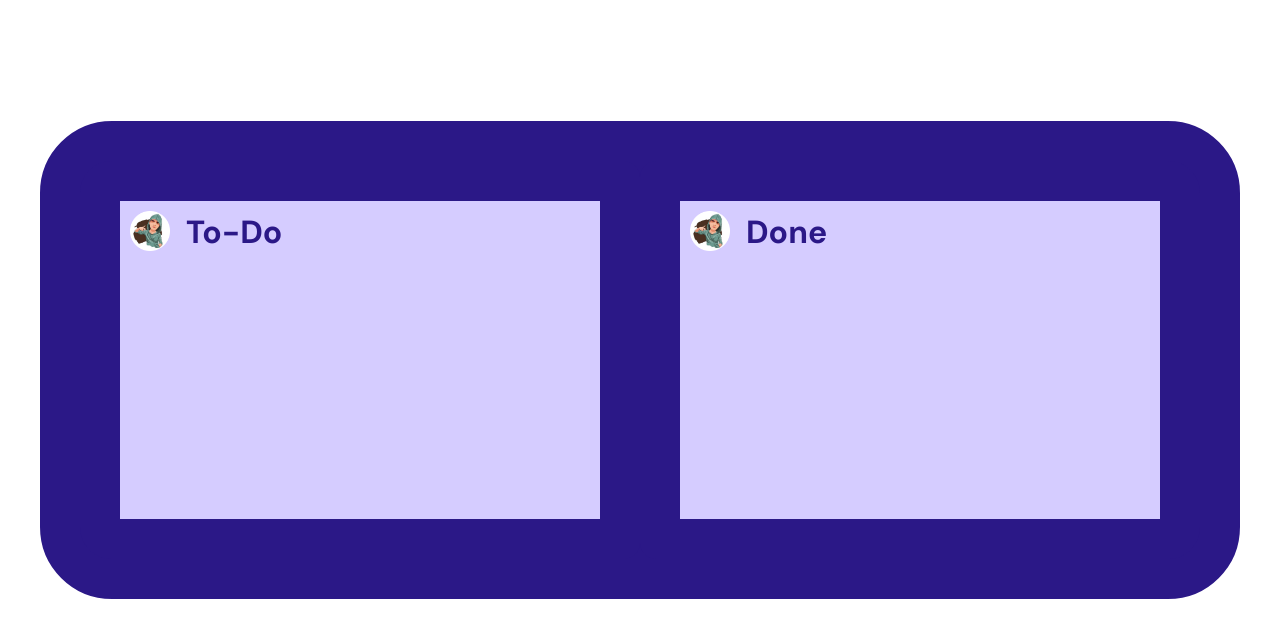
Repository: VitasYo/Kanban
Page: index.html
These files come from the project's save history. The page is drawn as it stood at one moment and after a run of saves; the edit follows.
The browser window is 1280 px wide. The pictures show the whole page.

Above is the page before, as saved 2024-04-14 23:35:03.

After the next 2 saves:
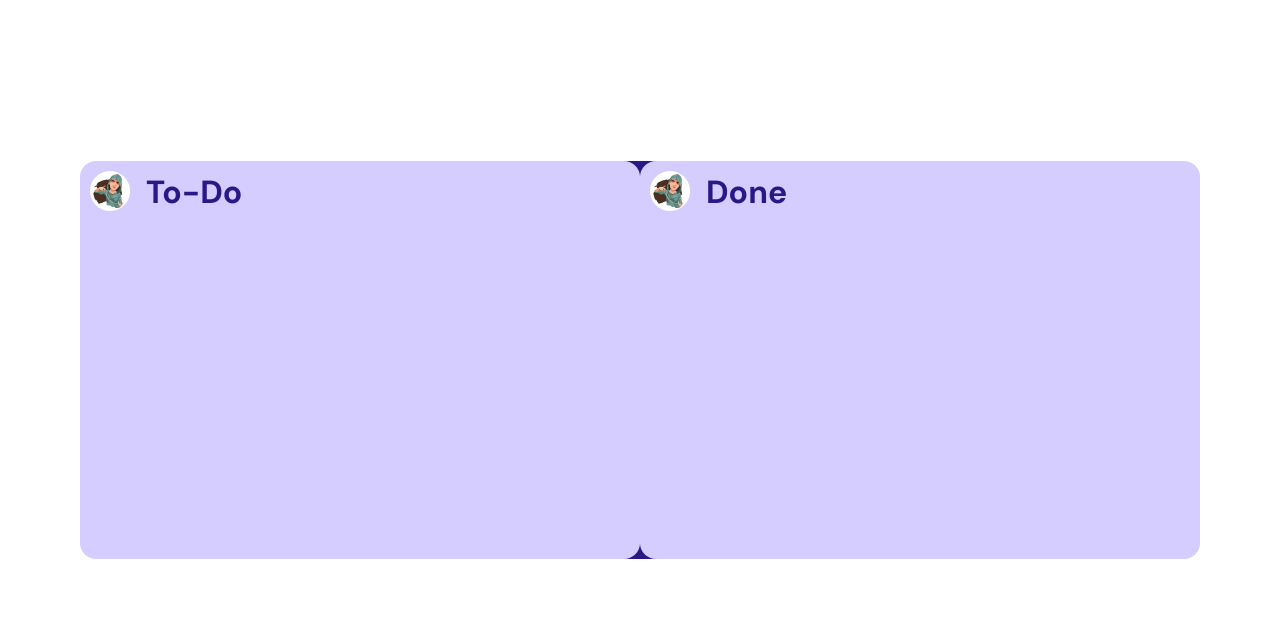
The 2 saves are shown as one change because they came seconds apart.
The last was saved 7 s later.
--- a/src/assets/css/component/_kanban.css
+++ b/src/assets/css/component/_kanban.css
@@ -5,7 +5,7 @@
     flex-grow: 1;
     flex: 0 0 100%;
     border-radius: 32px;
-    outline: 40px solid #2B1887;
+    ищквук: 40px solid #2B1887;
     background-color: #2B1887;
     display: grid;
     grid-template-columns: 1fr 1fr;
@@ -16,7 +16,6 @@
     height: 398px;
     width: 560px;
     background-color: #D5CCFF;
-    border: 40px solid #2B1887;
     border-radius: 16px;
     padding: 10px;
 }
